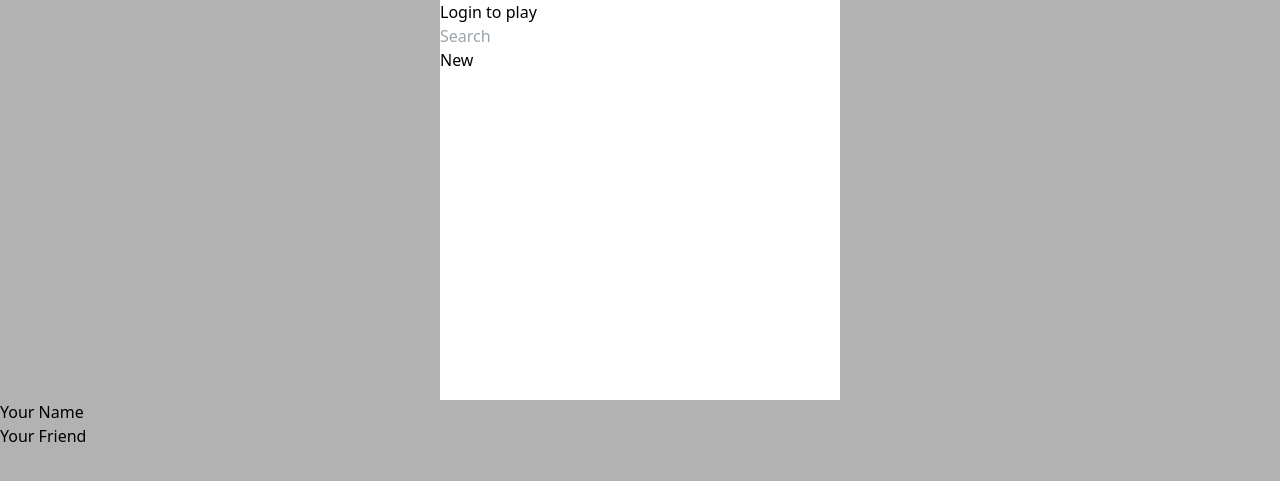
Repository: Teddy1705/demo_pj
Page: /
An editor plug-in stored every save of this project. The page is shown before and after the next save, followed by the edit.
The browser window is 1280 px wide. The pictures show the whole page.
The project was rebuilt for these pictures with package versions that can differ from the ones it lists, and the page was loaded fresh each time. Also part of the build but not shown: vite.config.js.

Above is the page before, as saved 2024-04-16 09:19:43.

### index.html
<!DOCTYPE html>
<html lang="en">
  <head>
    <meta charset="UTF-8" />
    <link rel="icon" type="image/svg+xml" href="/vite.svg" />
    <meta name="viewport" content="width=device-width, initial-scale=1.0" />
    <title>Tic Tac Toe</title>
    <link rel="stylesheet" href="./src/index.css" />
  </head>
  <body>
    <div id="root"></div>
    <script type="module" src="/src/main.jsx"></script>
  </body>
</html>

### src/index.css
:root {
  --white-color: #fff;
  --black-color: #000;
}

/*
1. Prevent padding and border from affecting element width. (https://github.com/mozdevs/cssremedy/issues/4)
2. Allow adding a border to an element by just adding a border-width. (https://github.com/tailwindcss/tailwindcss/pull/116)
*/

*,
::before,
::after {
  box-sizing: border-box;
  /* 1 */
  border-width: 0;
  /* 2 */
  border-style: solid;
  /* 2 */
  border-color: #e5e7eb;
  /* 2 */
}

::before,
::after {
  --tw-content: "";
}

/*
1. Use a consistent sensible line-height in all browsers.
2. Prevent adjustments of font size after orientation changes in iOS.
3. Use a more readable tab size.
4. Use the user's configured `sans` font-family by default.
5. Use the user's configured `sans` font-feature-settings by default.
6. Use the user's configured `sans` font-variation-settings by default.
7. Disable tap highlights on iOS
*/

html,
:host {
  line-height: 1.5;
  /* 1 */
  -webkit-text-size-adjust: 100%;
  /* 2 */
  -moz-tab-size: 4;
  /* 3 */
  -o-tab-size: 4;
  tab-size: 4;
  /* 3 */
  font-family: ui-sans-serif, system-ui, sans-serif, "Apple Color Emoji",
    "Segoe UI Emoji", "Segoe UI Symbol", "Noto Color Emoji";
  /* 4 */
  font-feature-settings: normal;
  /* 5 */
  font-variation-settings: normal;
  /* 6 */
  -webkit-tap-highlight-color: transparent;
  /* 7 */
}

/*
1. Remove the margin in all browsers.
2. Inherit line-height from `html` so users can set them as a class directly on the `html` element.
*/

body {
  margin: 0;
  /* 1 */
  line-height: inherit;
  /* 2 */
}

/*
1. Add the correct height in Firefox.
2. Correct the inheritance of border color in Firefox. (https://bugzilla.mozilla.org/show_bug.cgi?id=190655)
3. Ensure horizontal rules are visible by default.
*/

hr {
  height: 0;
  /* 1 */
  color: inherit;
  /* 2 */
  border-top-width: 1px;
  /* 3 */
}

/*
Add the correct text decoration in Chrome, Edge, and Safari.
*/

abbr:where([title]) {
  -webkit-text-decoration: underline dotted;
  text-decoration: underline dotted;
}

/*
Remove the default font size and weight for headings.
*/

h1,
h2,
h3,
h4,
h5,
h6 {
  font-size: inherit;
  font-weight: inherit;
}

/*
Reset links to optimize for opt-in styling instead of opt-out.
*/

a {
  color: inherit;
  text-decoration: inherit;
}

/*
Add the correct font weight in Edge and Safari.
*/

b,
strong {
  font-weight: bolder;
}

/*
1. Use the user's configured `mono` font-family by default.
2. Use the user's configured `mono` font-feature-settings by default.
3. Use the user's configured `mono` font-variation-settings by default.
4. Correct the odd `em` font sizing in all browsers.
*/

code,
kbd,
samp,
pre {
  font-family: ui-monospace, SFMono-Regular, Menlo, Monaco, Consolas,
    "Liberation Mono", "Courier New", monospace;
  /* 1 */
  font-feature-settings: normal;
  /* 2 */
  font-variation-settings: normal;
  /* 3 */
  font-size: 1em;
  /* 4 */
}

/*
Add the correct font size in all browsers.
*/

small {
  font-size: 80%;
}

/*
Prevent `sub` and `sup` elements from affecting the line height in all browsers.
*/

sub,
sup {
  font-size: 75%;
  line-height: 0;
  position: relative;
  vertical-align: baseline;
}

sub {
  bottom: -0.25em;
}

sup {
  top: -0.5em;
}

/*
1. Remove text indentation from table contents in Chrome and Safari. (https://bugs.chromium.org/p/chromium/issues/detail?id=999088, https://bugs.webkit.org/show_bug.cgi?id=201297)
2. Correct table border color inheritance in all Chrome and Safari. (https://bugs.chromium.org/p/chromium/issues/detail?id=935729, https://bugs.webkit.org/show_bug.cgi?id=195016)
3. Remove gaps between table borders by default.
*/

table {
  text-indent: 0;
  /* 1 */
  border-color: inherit;
  /* 2 */
  border-collapse: collapse;
  /* 3 */
}

/*
1. Change the font styles in all browsers.
2. Remove the margin in Firefox and Safari.
3. Remove default padding in all browsers.
*/

button,
input,
optgroup,
select,
textarea {
  font-family: inherit;
  /* 1 */
  font-feature-settings: inherit;
  /* 1 */
  font-variation-settings: inherit;
  /* 1 */
  font-size: 100%;
  /* 1 */
  font-weight: inherit;
  /* 1 */
  line-height: inherit;
  /* 1 */
  letter-spacing: inherit;
  /* 1 */
  color: inherit;
  /* 1 */
  margin: 0;
  /* 2 */
  padding: 0;
  /* 3 */
}

/*
Remove the inheritance of text transform in Edge and Firefox.
*/

button,
select {
  text-transform: none;
}

/*
1. Correct the inability to style clickable types in iOS and Safari.
2. Remove default button styles.
*/

button,
input:where([type="button"]),
input:where([type="reset"]),
input:where([type="submit"]) {
  -webkit-appearance: button;
  /* 1 */
  background-color: transparent;
  /* 2 */
  background-image: none;
  /* 2 */
}

/*
Use the modern Firefox focus style for all focusable elements.
*/

:-moz-focusring {
  outline: auto;
}

/*
Remove the additional `:invalid` styles in Firefox. (https://github.com/mozilla/gecko-dev/blob/2f9eacd9d3d995c937b4251a5557d95d494c9be1/layout/style/res/forms.css#L728-L737)
*/

:-moz-ui-invalid {
  box-shadow: none;
}

/*
Add the correct vertical alignment in Chrome and Firefox.
*/

progress {
  vertical-align: baseline;
}

/*
Correct the cursor style of increment and decrement buttons in Safari.
*/

::-webkit-inner-spin-button,
::-webkit-outer-spin-button {
  height: auto;
}

/*
1. Correct the odd appearance in Chrome and Safari.
2. Correct the outline style in Safari.
*/

[type="search"] {
  -webkit-appearance: textfield;
  /* 1 */
  outline-offset: -2px;
  /* 2 */
}

/*
Remove the inner padding in Chrome and Safari on macOS.
*/

::-webkit-search-decoration {
  -webkit-appearance: none;
}

/*
1. Correct the inability to style clickable types in iOS and Safari.
2. Change font properties to `inherit` in Safari.
*/

::-webkit-file-upload-button {
  -webkit-appearance: button;
  /* 1 */
  font: inherit;
  /* 2 */
}

/*
Add the correct display in Chrome and Safari.
*/

summary {
  display: list-item;
}

/*
Removes the default spacing and border for appropriate elements.
*/

blockquote,
dl,
dd,
h1,
h2,
h3,
h4,
h5,
h6,
hr,
figure,
p,
pre {
  margin: 0;
}

fieldset {
  margin: 0;
  padding: 0;
}

legend {
  padding: 0;
}

ol,
ul,
menu {
  list-style: none;
  margin: 0;
  padding: 0;
}

/*
Reset default styling for dialogs.
*/

dialog {
  padding: 0;
}

/*
Prevent resizing textareas horizontally by default.
*/

textarea {
  resize: vertical;
}

/*
1. Reset the default placeholder opacity in Firefox. (https://github.com/tailwindlabs/tailwindcss/issues/3300)
2. Set the default placeholder color to the user's configured gray 400 color.
*/

input::-moz-placeholder,
textarea::-moz-placeholder {
  opacity: 1;
  /* 1 */
  color: #9ca3af;
  /* 2 */
}

input::placeholder,
textarea::placeholder {
  opacity: 1;
  /* 1 */
  color: #9ca3af;
  /* 2 */
}

/*
Set the default cursor for buttons.
*/

button,
[role="button"] {
  cursor: pointer;
}

/*
Make sure disabled buttons don't get the pointer cursor.
*/

:disabled {
  cursor: default;
}

/*
1. Make replaced elements `display: block` by default. (https://github.com/mozdevs/cssremedy/issues/14)
2. Add `vertical-align: middle` to align replaced elements more sensibly by default. (https://github.com/jensimmons/cssremedy/issues/14#issuecomment-634934210)
   This can trigger a poorly considered lint error in some tools but is included by design.
*/

img,
svg,
video,
canvas,
audio,
iframe,
embed,
object {
  display: block;
  /* 1 */
  vertical-align: middle;
  /* 2 */
}

/*
Constrain images and videos to the parent width and preserve their intrinsic aspect ratio. (https://github.com/mozdevs/cssremedy/issues/14)
*/

img,
video {
  max-width: 100%;
  height: auto;
}

/* Make elements with the HTML hidden attribute stay hidden by default */

[hidden] {
  display: none;
}

*,
::before,
::after {
  --tw-border-spacing-x: 0;
  --tw-border-spacing-y: 0;
  --tw-translate-x: 0;
  --tw-translate-y: 0;
  --tw-rotate: 0;
  --tw-skew-x: 0;
  --tw-skew-y: 0;
  --tw-scale-x: 1;
  --tw-scale-y: 1;
  --tw-pan-x: ;
  --tw-pan-y: ;
  --tw-pinch-zoom: ;
  --tw-scroll-snap-strictness: proximity;
  --tw-gradient-from-position: ;
  --tw-gradient-via-position: ;
  --tw-gradient-to-position: ;
  --tw-ordinal: ;
  --tw-slashed-zero: ;
  --tw-numeric-figure: ;
  --tw-numeric-spacing: ;
  --tw-numeric-fraction: ;
  --tw-ring-inset: ;
  --tw-ring-offset-width: 0px;
  --tw-ring-offset-color: #fff;
  --tw-ring-color: rgb(59 130 246 / 0.5);
  --tw-ring-offset-shadow: 0 0 #0000;
  --tw-ring-shadow: 0 0 #0000;
  --tw-shadow: 0 0 #0000;
  --tw-shadow-colored: 0 0 #0000;
  --tw-blur: ;
  --tw-brightness: ;
  --tw-contrast: ;
  --tw-grayscale: ;
  --tw-hue-rotate: ;
  --tw-invert: ;
  --tw-saturate: ;
  --tw-sepia: ;
  --tw-drop-shadow: ;
  --tw-backdrop-blur: ;
  --tw-backdrop-brightness: ;
  --tw-backdrop-contrast: ;
  --tw-backdrop-grayscale: ;
  --tw-backdrop-hue-rotate: ;
  --tw-backdrop-invert: ;
  --tw-backdrop-opacity: ;
  --tw-backdrop-saturate: ;
  --tw-backdrop-sepia: ;
  --tw-contain-size: ;
  --tw-contain-layout: ;
  --tw-contain-paint: ;
  --tw-contain-style: ;
}

::backdrop {
  --tw-border-spacing-x: 0;
  --tw-border-spacing-y: 0;
  --tw-translate-x: 0;
  --tw-translate-y: 0;
  --tw-rotate: 0;
  --tw-skew-x: 0;
  --tw-skew-y: 0;
  --tw-scale-x: 1;
  --tw-scale-y: 1;
  --tw-pan-x: ;
  --tw-pan-y: ;
  --tw-pinch-zoom: ;
  --tw-scroll-snap-strictness: proximity;
  --tw-gradient-from-position: ;
  --tw-gradient-via-position: ;
  --tw-gradient-to-position: ;
  --tw-ordinal: ;
  --tw-slashed-zero: ;
  --tw-numeric-figure: ;
  --tw-numeric-spacing: ;
  --tw-numeric-fraction: ;
  --tw-ring-inset: ;
  --tw-ring-offset-width: 0px;
  --tw-ring-offset-color: #fff;
  --tw-ring-color: rgb(59 130 246 / 0.5);
  --tw-ring-offset-shadow: 0 0 #0000;
  --tw-ring-shadow: 0 0 #0000;
  --tw-shadow: 0 0 #0000;
  --tw-shadow-colored: 0 0 #0000;
  --tw-blur: ;
  --tw-brightness: ;
  --tw-contrast: ;
  --tw-grayscale: ;
  --tw-hue-rotate: ;
  --tw-invert: ;
  --tw-saturate: ;
  --tw-sepia: ;
  --tw-drop-shadow: ;
  --tw-backdrop-blur: ;
  --tw-backdrop-brightness: ;
  --tw-backdrop-contrast: ;
  --tw-backdrop-grayscale: ;
  --tw-backdrop-hue-rotate: ;
  --tw-backdrop-invert: ;
  --tw-backdrop-opacity: ;
  --tw-backdrop-saturate: ;
  --tw-backdrop-sepia: ;
  --tw-contain-size: ;
  --tw-contain-layout: ;
  --tw-contain-paint: ;
  --tw-contain-style: ;
}

#modal {
  position: fixed;
  top: 0;
  right: 0;
  bottom: 0;
  left: 0;
}

#modal .modal__overlay {
  position: absolute;
  width: 100%;
  height: 100%;
  background-color: rgba(0, 0, 0, 0.3);
}

#modal .modal__body {
  position: relative;
  background-color: var(--white-color);
  margin: auto;
  width: 400px;
  height: 400px;
}

### src/main.jsx
import React from "react";
import ReactDOM from "react-dom/client";
import App from "./App.jsx";
import { createBrowserRouter, RouterProvider } from "react-router-dom";
import Root from "./routes/root";
import "./index.css";

const router = createBrowserRouter([
  {
    path: "/",
    element: <Root />,
  },
]);

ReactDOM.createRoot(document.getElementById("root")).render(
  <React.StrictMode>
    <RouterProvider router={router} />
    <App />
  </React.StrictMode>
);

### src/routes/root.jsx
export default function Root() {
  return (
    <>
      <div id="modal">
        <div className="modal__overlay"></div>
        <div className="modal__body">
          <div className="auth-form">
            <div className="auth-form__container">
              <div className="auth-form__header">
                <h2 className="auth-form__heading">Login to play</h2>
              </div>
              <div className="auth-form__info">
                <div className="auth-form__info-details"></div>
              </div>
            </div>
          </div>
          <form id="search-form" role="search">
            <input
              id="q"
              aria-label="Search contacts"
              placeholder="Search"
              type="search"
              name="q"
            />
            <div id="search-spinner" aria-hidden hidden={true} />
            <div className="sr-only" aria-live="polite"></div>
          </form>
          <form method="post">
            <button type="submit">New</button>
          </form>
        </div>
        <nav>
          <ul>
            <li>
              <a
                href={`https://codesandbox.io/s/q2z497?file=%2Fsrc%2FApp.js&utm_medium=sandpack`}
              >
                Your Name
              </a>
            </li>
            <li>
              <a href={`/contacts/2`}>Your Friend</a>
            </li>
          </ul>
        </nav>
      </div>
      <div id="detail"></div>
    </>
  );
}

Loaded but not shown: src/App.jsx (common file)

After the next save:
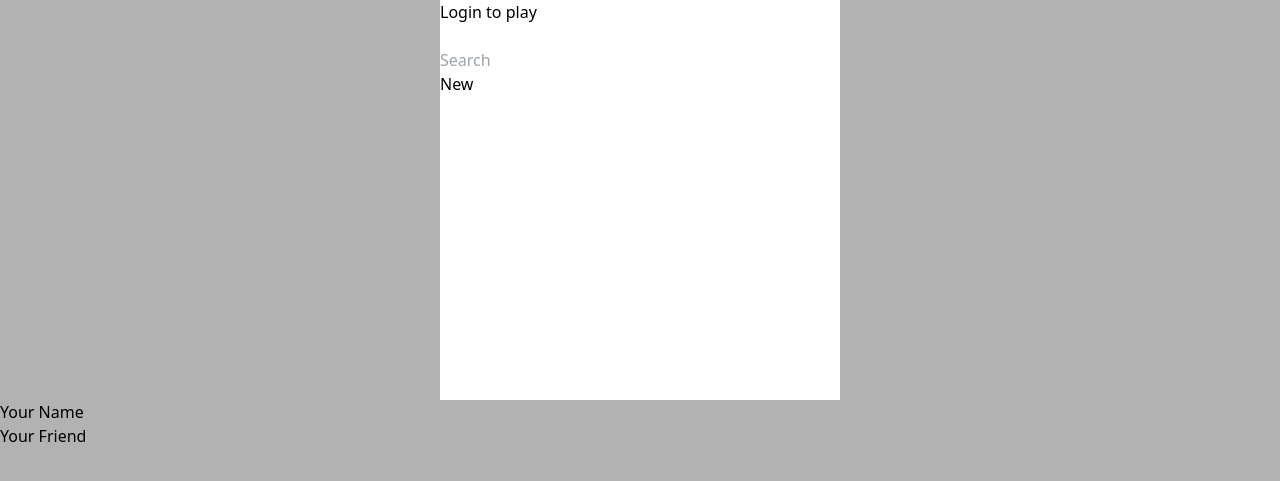
Saved 20 s later.
--- a/src/routes/root.jsx
+++ b/src/routes/root.jsx
@@ -10,7 +10,9 @@ export default function Root() {
                 <h2 className="auth-form__heading">Login to play</h2>
               </div>
               <div className="auth-form__info">
-                <div className="auth-form__info-details"></div>
+                <div className="auth-form__info-details">
+                  <input type="text" />
+                </div>
               </div>
             </div>
           </div>
